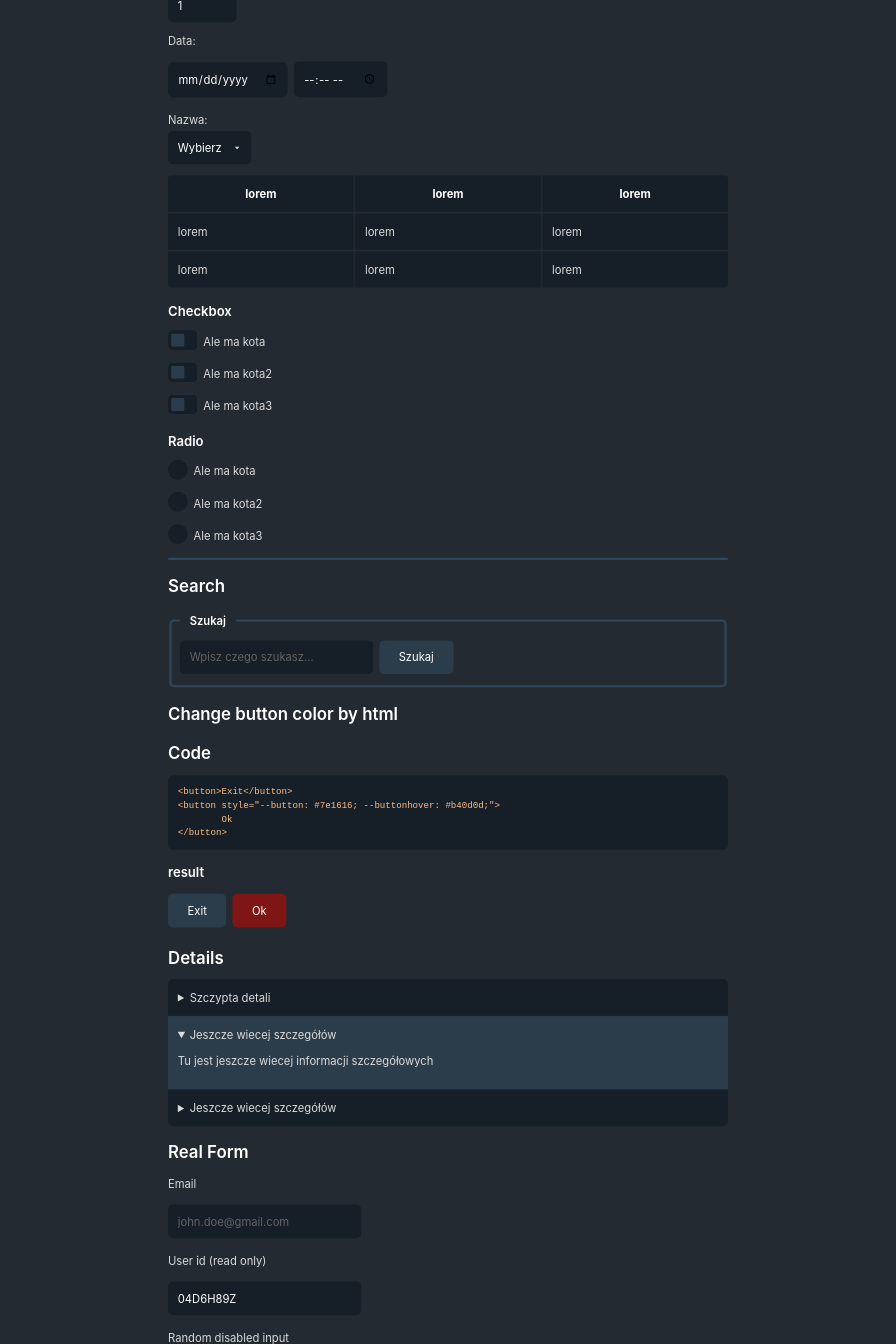
Repository: KozakBartosz/Draft
Page: index.html
The author's editor kept a copy of each file at every save. The page is drawn from the files as they stood at one save, then again after a run of saves.
The browser window is 1280 px wide. The pictures show the part of the page from y = 2127 to 4047 px (the page is 4711 px tall before and 4707 px after), at 70% of full size.

Above is the page before, as saved 2019-04-12 09:14:34.

After the next 2 saves:
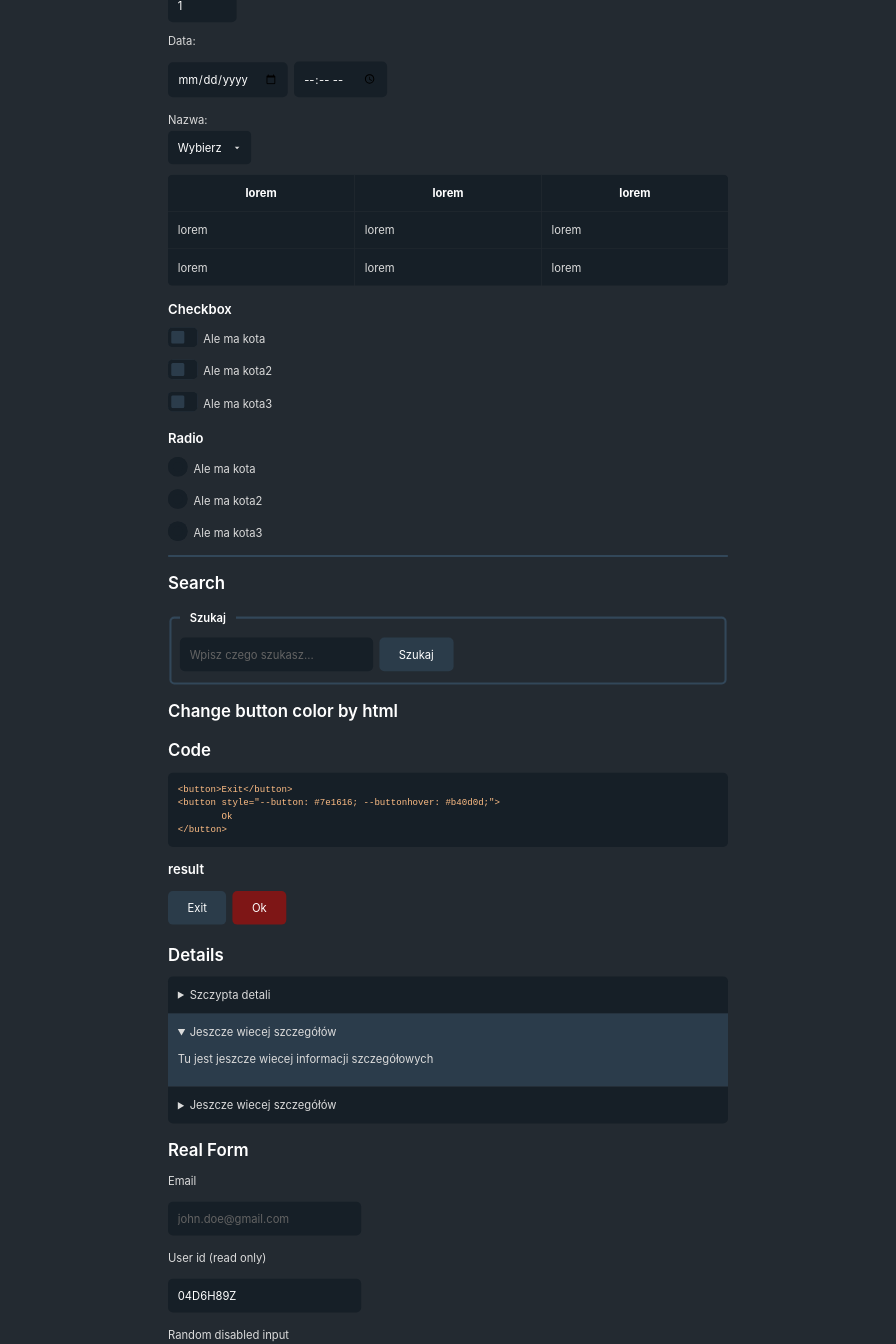
The 2 saves are shown as one change because they came seconds apart.
The last was saved 19 s later.
--- a/draft.css
+++ b/draft.css
@@ -365,11 +365,11 @@ details summary {
 
 table {
 	/* border-collapse: collapse; */
-	margin: var(--mainpaddng) -2px;
-	border-radius: calc(var(--radius) + 4px);
-	width: calc(100% + 4px);
+	margin: var(--mainpaddng) -1px;
+	border-radius: calc(var(--radius) + 2px);
+	width: calc(100% + 2px);
 	overflow: hidden;
-	border-spacing: 2px;
+	border-spacing: 1px;
 }
 td,
 th {
